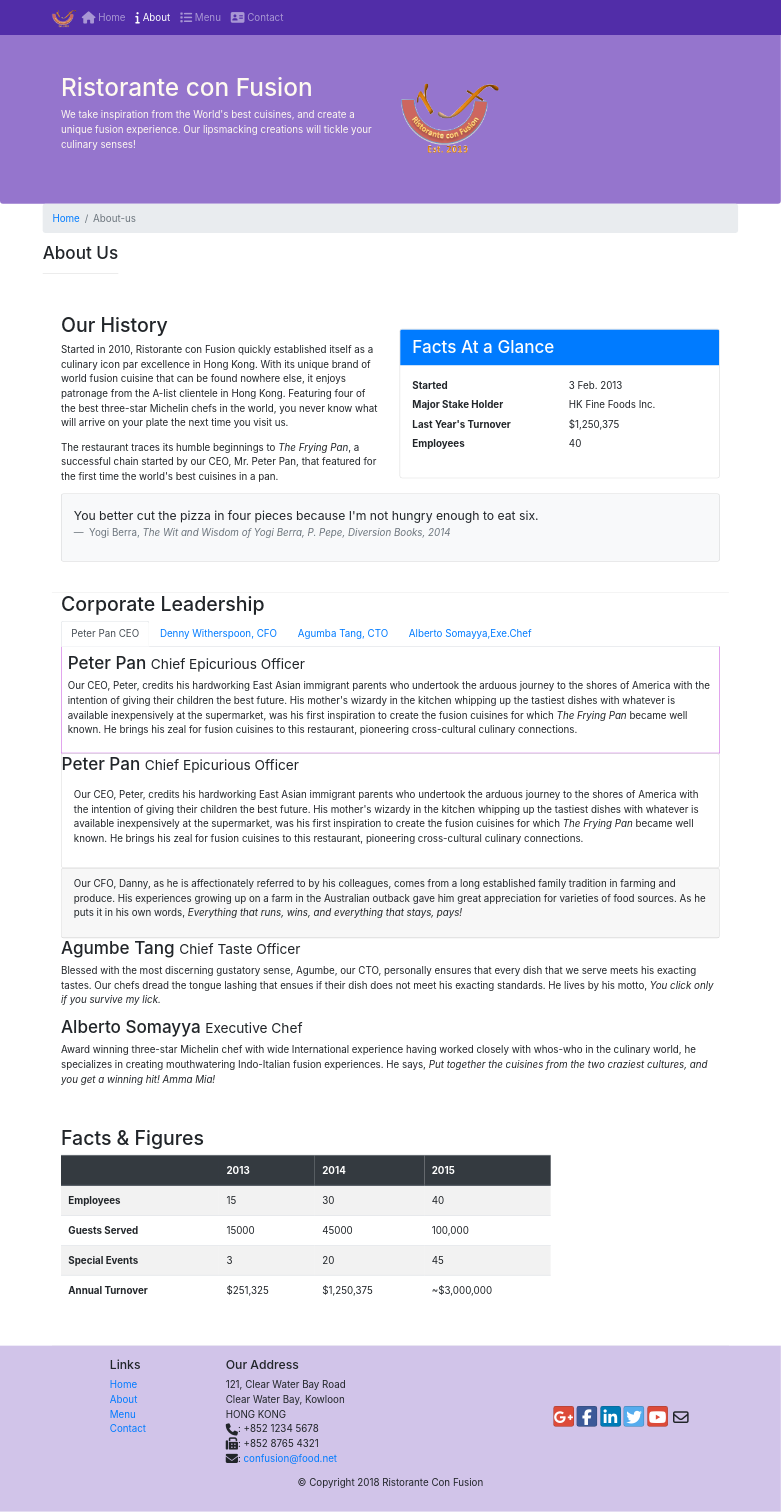
Repository: Samkiroko/Boostrap_intro
Page: about-us.html
These files come from the project's save history. The page is drawn as it stood at one moment and after the next save; the edit follows.
The browser window is 1280 px wide. The pictures show the whole page, at 61% of full size.
Some web libraries are served in a nearby version.

Above is the page before, as saved 2020-02-05 11:38:27.

### about-us.html
<!DOCTYPE html>
<html lang="en">
  <head>
    <!-- Required meta tags -->
    <meta charset="utf-8" />
    <meta
      name="viewport"
      content="width=device-width, initial-scale=1, shrink-to-fit=no"
    />

    <!-- Bootstrap CSS -->
    <link
      rel="stylesheet"
      href="https://stackpath.bootstrapcdn.com/bootstrap/4.4.1/css/bootstrap.min.css"
      integrity="sha384-Vkoo8x4CGsO3+Hhxv8T/Q5PaXtkKtu6ug5TOeNV6gBiFeWPGFN9MuhOf23Q9Ifjh"
      crossorigin="anonymous"
    />
    <link rel="stylesheet" href="css/bootstrap-social.css" />
    <link
      rel="stylesheet"
      href="node_modules/font-awesome/css/font-awesome.min.css"
    />
    <link
      rel="stylesheet"
      href="node_modules/bootstrap-social/bootstrap-social.css"
    />
    <link rel="stylesheet" href="css/style.css" />
    <title>Ristorante Con Fusion</title>
  </head>

  <body>
    <nav class="navbar navbar-dark navbar-expand-sm  fixed-top">
      <div class="container">
        <button
          class="navbar-toggler"
          type="button"
          data-toggle="collapse"
          data-target="#Navbar"
        >
          <span class="navbar-toggler-icon"></span>
        </button>
        <a href="#" class="navbar-brand mr-auto"
          ><img src="img/logo.png" height="30" width="41" alt=""
        /></a>
        <div class="collapse navbar-collapse" id="Navbar">
          <ul class="navbar-nav mr-auto">
            <li class="nav-item">
              <a class="nav-link" href="./index.html"
                ><span class="fa fa-home fa-lg"></span> Home</a
              >
            </li>
            <li class="nav-item active">
              <a class="nav-link" href="#"
                ><span class="fa fa-info fa-lg"></span> About</a
              >
            </li>
            <li class="nav-item">
              <a class="nav-link" href="#"
                ><span class="fa fa-list fa-lg"></span> Menu</a
              >
            </li>
            <li class="nav-item">
              <a class="nav-link" href="/contactus.html"
                ><span class="fa fa-address-card fa-lg"></span> Contact</a
              >
            </li>
          </ul>
        </div>
      </div>
    </nav>
    <header class="jumbotron">
      <div class="container">
        <div class="row row-header">
          <div class="col-12 col-sm-6">
            <h1>Ristorante con Fusion</h1>
            <p>
              We take inspiration from the World's best cuisines, and create a
              unique fusion experience. Our lipsmacking creations will tickle
              your culinary senses!
            </p>
          </div>
          <div class="col-12 col-sm align-self-center">
            <img src="img/logo.png" alt="Ristorante logo" class="img-fluid" />
          </div>
        </div>
      </div>
    </header>

    <div class="container">
      <div class="row">
        <ol class="col-12 breadcrumb">
          <li class="breadcrumb-item"><a href="/index.html">Home</a></li>
          <li class="breadcrumb-item active">About-us</li>
        </ol>
        <div>
          <h3>About Us</h3>
          <hr />
        </div>
      </div>

      <div class="row row-content align-items-center">
        <div class="col-12 col-sm-6">
          <h2>Our History</h2>
          <p>
            Started in 2010, Ristorante con Fusion quickly established itself as
            a culinary icon par excellence in Hong Kong. With its unique brand
            of world fusion cuisine that can be found nowhere else, it enjoys
            patronage from the A-list clientele in Hong Kong. Featuring four of
            the best three-star Michelin chefs in the world, you never know what
            will arrive on your plate the next time you visit us.
          </p>
          <p>
            The restaurant traces its humble beginnings to
            <em>The Frying Pan</em>, a successful chain started by our CEO, Mr.
            Peter Pan, that featured for the first time the world's best
            cuisines in a pan.
          </p>
        </div>
        <div class="col-12 col-sm-6">
          <div class="card">
            <h3 class="card-header bg-primary text-white">Facts At a Glance</h3>
            <div class="card-body">
              <dl class="row">
                <dt class="col-6">Started</dt>
                <dd class="col-6">3 Feb. 2013</dd>
                <dt class="col-6">Major Stake Holder</dt>
                <dd class="col-6">HK Fine Foods Inc.</dd>
                <dt class="col-6">Last Year's Turnover</dt>
                <dd class="col-6">$1,250,375</dd>
                <dt class="col-6">Employees</dt>
                <dd class="col-6">40</dd>
              </dl>
            </div>
          </div>
        </div>
        <div class="col-12">
          <div class="card card-body bg-light">
            <blockquote class="blockquote">
              <p class="mb-0">
                You better cut the pizza in four pieces because I'm not hungry
                enough to eat six.
              </p>
              <footer class="blockquote-footer">
                Yogi Berra,
                <cite title="Source Title"
                  >The Wit and Wisdom of Yogi Berra, P. Pepe, Diversion Books,
                  2014</cite
                >
              </footer>
            </blockquote>
          </div>
        </div>
      </div>

      <div class="col">
        <div>
          <h2>Corporate Leadership</h2>
          <ul class="nav nav-tabs">
            <li class="nav-item">
              <a
                href="#peter"
                class="nav-link active"
                role="tab"
                data-toggle="tab"
              >
                Peter Pan CEO
              </a>
            </li>
            <li class="nav-item">
              <a href="#danny" class="nav-link" role="tab" data-toggle="tab">
                Denny Witherspoon, CFO
              </a>
            </li>
            <li class="nav-item">
              <a href="#agumba" class="nav-link " role="tab" data-toggle="tab">
                Agumba Tang, CTO
              </a>
            </li>
            <li class="nav-item">
              <a href="#alberto" class="nav-link " role="tab" data-toggle="tab">
                Alberto Somayya,Exe.Chef
              </a>
            </li>
          </ul>
          <div class="tab-content">
            <div role="tabpanel" class="tab-pane fade show active" id="peter">
              <h3>Peter Pan <small>Chief Epicurious Officer</small></h3>
              <p class="d-none d-sm-block">
                Our CEO, Peter, credits his hardworking East Asian immigrant
                parents who undertook the arduous journey to the shores of
                America with the intention of giving their children the best
                future. His mother's wizardy in the kitchen whipping up the
                tastiest dishes with whatever is available inexpensively at the
                supermarket, was his first inspiration to create the fusion
                cuisines for which
                <em>The Frying Pan</em> became well known. He brings his zeal
                for fusion cuisines to this restaurant, pioneering
                cross-cultural culinary connections.
              </p>
            </div>
            <div role="tabpanel" class="tab-pane fade show " id="danny">
              <h3>
                Dhanasekaran Witherspoon <small>Chief Food Officer</small>
              </h3>
              <p class="d-none d-sm-block">
                Our CFO, Danny, as he is affectionately referred to by his
                colleagues, comes from a long established family tradition in
                farming and produce. His experiences growing up on a farm in the
                Australian outback gave him great appreciation for varieties of
                food sources. As he puts it in his own words,
                <em
                  >Everything that runs, wins, and everything that stays,
                  pays!</em
                >
              </p>
            </div>
            <div role="tabpanel" class="tab-pane fade show " id="agumba">
              <h3>Agumbe Tang <small>Chief Taste Officer</small></h3>
              <p class="d-none d-sm-block">
                Blessed with the most discerning gustatory sense, Agumbe, our
                CTO, personally ensures that every dish that we serve meets his
                exacting tastes. Our chefs dread the tongue lashing that ensues
                if their dish does not meet his exacting standards. He lives by
                his motto,
                <em>You click only if you survive my lick.</em>
              </p>
            </div>
            <div role="tabpanel" class="tab-pane fade show " id="alberto">
              <h3>Alberto Somayya <small>Executive Chef</small></h3>
              <p class="d-none d-sm-block">
                Award winning three-star Michelin chef with wide International
                experience having worked closely with whos-who in the culinary
                world, he specializes in creating mouthwatering Indo-Italian
                fusion experiences. He says,
                <em
                  >Put together the cuisines from the two craziest cultures, and
                  you get a winning hit! Amma Mia!</em
                >
              </p>
            </div>
          </div>
          <div id="accordion">
            <div class="card">
              <div class="card-hearder" role="tab" id="peterhead">
                <h3 class="mb-0">
                  <a data-toggle="collapse" data-target="#peter">
                    Peter Pan <small>Chief Epicurious Officer</small>
                  </a>
                </h3>
              </div>
              <div class="collapse show" id="peter" data-parant="#accordion">
                <div class="card-body">
                  <p class="d-none d-sm-block">
                    Our CEO, Peter, credits his hardworking East Asian immigrant
                    parents who undertook the arduous journey to the shores of
                    America with the intention of giving their children the best
                    future. His mother's wizardy in the kitchen whipping up the
                    tastiest dishes with whatever is available inexpensively at
                    the supermarket, was his first inspiration to create the
                    fusion cuisines for which
                    <em>The Frying Pan</em> became well known. He brings his
                    zeal for fusion cuisines to this restaurant, pioneering
                    cross-cultural culinary connections.
                  </p>
                </div>
              </div>
            </div>
            <div class="card">
              <div class="card-header" role="tab" id="dannyhead">
                <h3 class="mb-0">
                  <a
                    class="collapse"
                    data-toggle="collapse"
                    data-target="#danny"
                    >Dhanasekaran Witherspoon
                    <small>Chief Food Officer</small></a
                  >
                </h3>
                <p class="d-none d-sm-block">
                  Our CFO, Danny, as he is affectionately referred to by his
                  colleagues, comes from a long established family tradition in
                  farming and produce. His experiences growing up on a farm in
                  the Australian outback gave him great appreciation for
                  varieties of food sources. As he puts it in his own words,
                  <em
                    >Everything that runs, wins, and everything that stays,
                    pays!</em
                  >
                </p>
              </div>
            </div>
            <div role="tabpanel" class="tab-pane fade show " id="agumba">
              <h3>Agumbe Tang <small>Chief Taste Officer</small></h3>
              <p class="d-none d-sm-block">
                Blessed with the most discerning gustatory sense, Agumbe, our
                CTO, personally ensures that every dish that we serve meets his
                exacting tastes. Our chefs dread the tongue lashing that ensues
                if their dish does not meet his exacting standards. He lives by
                his motto,
                <em>You click only if you survive my lick.</em>
              </p>
            </div>
            <div role="tabpanel" class="tab-pane fade show " id="alberto">
              <h3>Alberto Somayya <small>Executive Chef</small></h3>
              <p class="d-none d-sm-block">
                Award winning three-star Michelin chef with wide International
                experience having worked closely with whos-who in the culinary
                world, he specializes in creating mouthwatering Indo-Italian
                fusion experiences. He says,
                <em
                  >Put together the cuisines from the two craziest cultures, and
                  you get a winning hit! Amma Mia!</em
                >
              </p>
            </div>
          </div>
        </div>
      </div>
      <div class="row row-content">
        <div class="col-12 col-sm-9">
          <h2>Facts &amp; Figures</h2>
          <div class="table-responsive">
            <table class="table table-striped">
              <thead class="thead-dark">
                <tr>
                  <th>&nbsp;</th>
                  <th>2013</th>
                  <th>2014</th>
                  <th>2015</th>
                </tr>
              </thead>
              <tbody>
                <tr>
                  <th>Employees</th>
                  <td>15</td>
                  <td>30</td>
                  <td>40</td>
                </tr>
                <tr>
                  <th>Guests Served</th>
                  <td>15000</td>
                  <td>45000</td>
                  <td>100,000</td>
                </tr>
                <tr>
                  <th>Special Events</th>
                  <td>3</td>
                  <td>20</td>
                  <td>45</td>
                </tr>
                <tr>
                  <th>Annual Turnover</th>
                  <td>$251,325</td>
                  <td>$1,250,375</td>
                  <td>~$3,000,000</td>
                </tr>
              </tbody>
            </table>
          </div>
        </div>
        <div class="col-12 colsm3"></div>
      </div>
    </div>

    <footer class="footer">
      <div class="container">
        <div class="row">
          <div class="col-4 offset-1 col-sm-2">
            <h5>Links</h5>
            <ul class="list-unstyled">
              <li><a href="/index.html">Home</a></li>
              <li><a href="/about-us.html">About</a></li>
              <li><a href="#">Menu</a></li>
              <li><a href="#">Contact</a></li>
            </ul>
          </div>
          <div class="col-7 col-sm-5">
            <h5>Our Address</h5>
            <address>
              121, Clear Water Bay Road<br />
              Clear Water Bay, Kowloon<br />
              HONG KONG<br />
              <i class="fa fa-phone fa-lg"></i>: +852 1234 5678<br />
              <i class="fa fa-fax fa-lg"></i>: +852 8765 4321<br />
              <i class="fa fa-envelope fa-lg"></i>:
              <a href="mailto:confusion@food.net">confusion@food.net</a>
            </address>
          </div>
          <div class="col-12 col-sm-4 align-self-center">
            <div class="text-center">
              <div class="text-center">
                <a
                  class="btn btn-social-icon btn-google"
                  href="http://google.com/+"
                  ><i class="fa fa-google-plus"></i
                ></a>
                <a
                  class="btn btn-social-icon btn-facebook"
                  href="http://www.facebook.com/profile.php?id="
                  ><i class="fa fa-facebook"></i
                ></a>
                <a
                  class="btn btn-social-icon btn-linkedin"
                  href="http://www.linkedin.com/in/"
                  ><i class="fa fa-linkedin"></i
                ></a>
                <a
                  class="btn btn-social-icon btn-twitter"
                  href="http://twitter.com/"
                  ><i class="fa fa-twitter"></i
                ></a>
                <a
                  class="btn btn-social-icon btn-google"
                  href="http://youtube.com/"
                  ><i class="fa fa-youtube"></i
                ></a>
                <a class="btn btn-social-icon" href="mailto:"
                  ><i class="fa fa-envelope-o"></i
                ></a>
              </div>
            </div>
          </div>
        </div>
        <div class="row justify-content-center">
          <div class="col-auto">
            <p>© Copyright 2018 Ristorante Con Fusion</p>
          </div>
        </div>
      </div>
    </footer>
    <!-- Optional JavaScript -->
    <!-- jQuery first, then Popper.js, then Bootstrap JS -->
    <script
      src="https://code.jquery.com/jquery-3.4.1.slim.min.js"
      integrity="sha384-J6qa4849blE2+poT4WnyKhv5vZF5SrPo0iEjwBvKU7imGFAV0wwj1yYfoRSJoZ+n"
      crossorigin="anonymous"
    ></script>
    <script
      src="https://cdn.jsdelivr.net/npm/popper.js@1.16.0/dist/umd/popper.min.js"
      integrity="sha384-Q6E9RHvbIyZFJoft+2mJbHaEWldlvI9IOYy5n3zV9zzTtmI3UksdQRVvoxMfooAo"
      crossorigin="anonymous"
    ></script>
    <script
      src="https://stackpath.bootstrapcdn.com/bootstrap/4.4.1/js/bootstrap.min.js"
      integrity="sha384-wfSDF2E50Y2D1uUdj0O3uMBJnjuUD4Ih7YwaYd1iqfktj0Uod8GCExl3Og8ifwB6"
      crossorigin="anonymous"
    ></script>
  </body>
</html>

### css/style.css
body {
  padding: 50px 0px 0px 0px;
  z-index: 0;
}

.navbar-dark {
  background-color: #512da8;
}

.tab-content {
  border-left: 1px solid #ce6be2;
  border-right: 1px solid #ce6be2;
  border-bottom: 1px solid #ce6be2;
  padding: 10px;
}

.row-header {
  margin: 0px auto;
  padding: 0px auto;
}

.row-content {
  margin: 0px auto;
  padding: 50px 0px 50px 0px;
  border-bottom: 1px ridge;
  min-height: 400px;
}
.footer {
  background-color: #d1c4e9;
  margin: 0px auto;
  padding: 20px 0px 20px 0px;
}
.jumbotron {
  padding: 70px 30px 70px 30px;
  margin: 0px auto;
  background-color: #9575cd;
  color: floralwhite;
}
.address {
  font-size: 80%;
  margin: 0px;
  color: #0f0f0f;
}

Loaded but not shown: css/bootstrap-social.css (library)

After the next save:
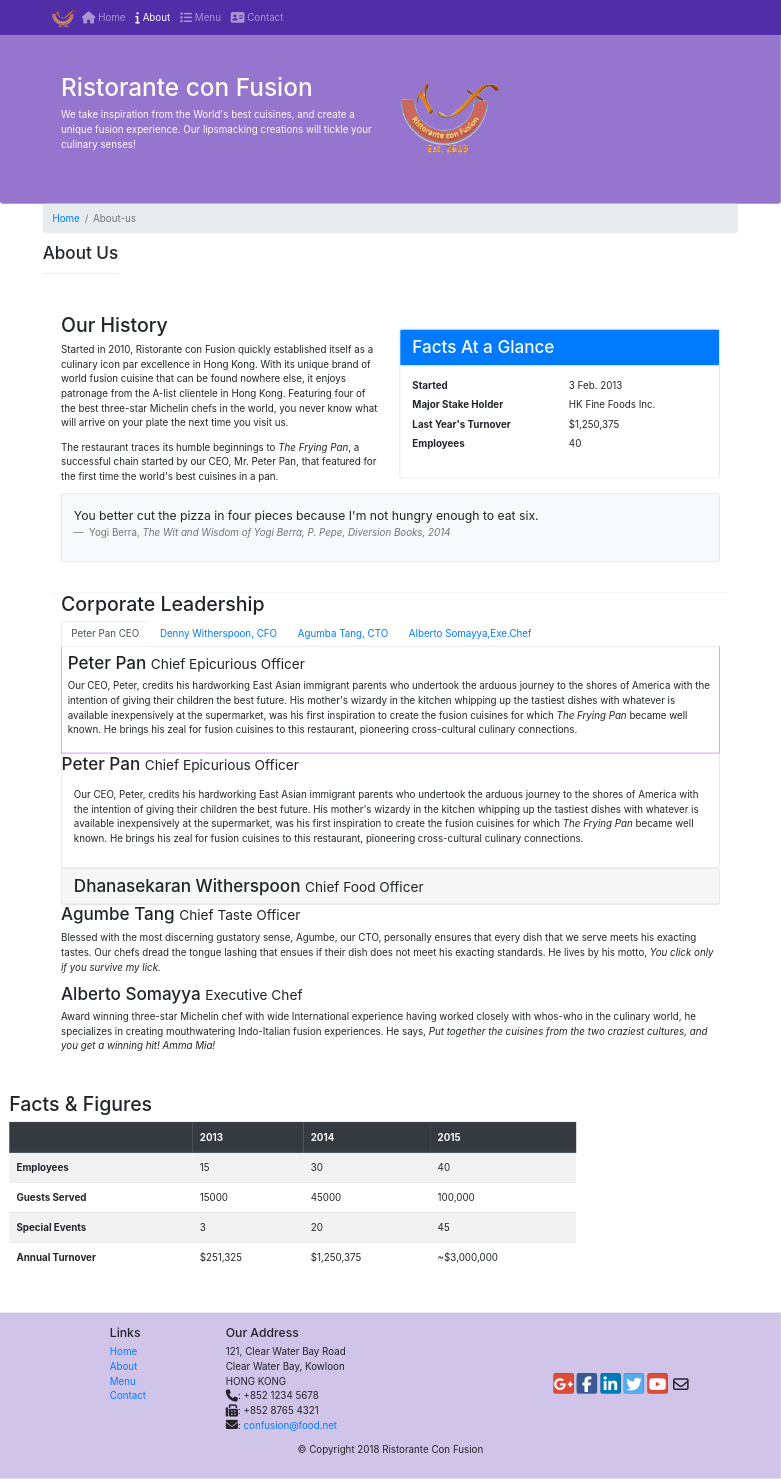
Saved 4 min 28 s later.
--- a/about-us.html
+++ b/about-us.html
@@ -266,17 +266,16 @@
               </div>
             </div>
             <div class="card">
-              <div class="card-header" role="tab" id="dannyhead">
-                <h3 class="mb-0">
-                  <a
-                    class="collapse"
-                    data-toggle="collapse"
-                    data-target="#danny"
-                    >Dhanasekaran Witherspoon
-                    <small>Chief Food Officer</small></a
-                  >
-                </h3>
-                <p class="d-none d-sm-block">
+               <div class="card-header" role="tab" id="dannyhead">
+                            <h3 class="mb-0">
+                                <a class="collapsed" data-toggle="collapse" data-target="#danny">
+                                Dhanasekaran Witherspoon <small>Chief Food Officer</small>
+                                </a>
+                            </h3>
+                        </div>
+                        <div class="collapse" id="danny" data-parent="#accordion">
+                            <div class="card-body">
+                                <p class="d-none d-sm-block">
                   Our CFO, Danny, as he is affectionately referred to by his
                   colleagues, comes from a long established family tradition in
                   farming and produce. His experiences growing up on a farm in
@@ -287,6 +286,9 @@
                     pays!</em
                   >
                 </p>
+                            </div>
+                        </div>
+
               </div>
             </div>
             <div role="tabpanel" class="tab-pane fade show " id="agumba">
